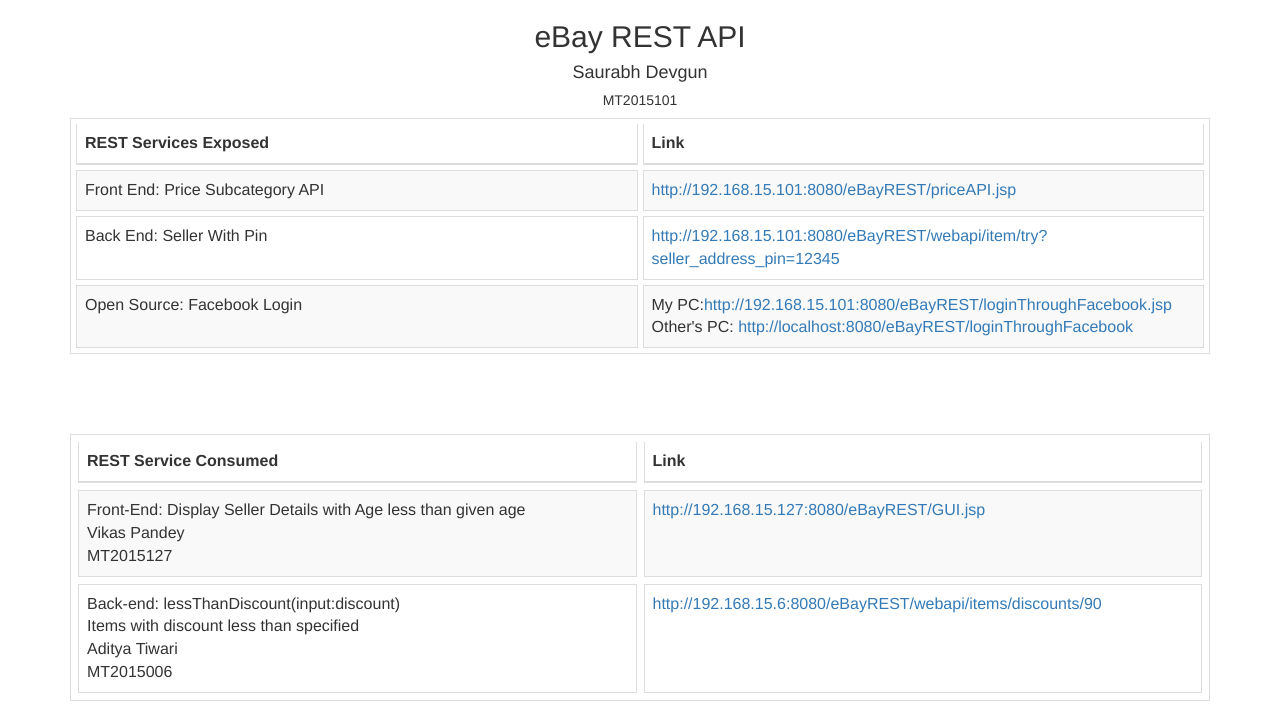
Repository: saurabh-devgun-iiitb/RESTProject
Page: http://localhost/eBayREST/
The author's editor kept a copy of each file at every save. The page is drawn from the files as they stood at one save, then again after the next save.
The browser window is 1280 px wide. The pictures show the whole page.
The page is served by Tomcat 9. Other server files are loaded and not shown.

Above is the page before, as saved 2016-07-28 13:38:50.

### eBayREST/WebContent/index.jsp
<html>
<head>
  <meta name="viewport" content="width=device-width, initial-scale=1">
  <link rel="stylesheet" href="http://maxcdn.bootstrapcdn.com/bootstrap/3.3.6/css/bootstrap.min.css">
  <script src="https://ajax.googleapis.com/ajax/libs/jquery/1.12.4/jquery.min.js"></script>
  <script src="http://maxcdn.bootstrapcdn.com/bootstrap/3.3.6/js/bootstrap.min.js"></script>
  <style>
  	table{
  		border-spacing:7px;
  		border-collapse:separate;
  		table-layout:fixed;
  		width:300px;
  	}
  </style>
</head>
<body>
	<div align="center">
	    <h2>eBay REST API</h2>
	    <h4>Saurabh Devgun</h4>
	    <h5>MT2015101</h5>
    </div>
    <div class = "container">
    <table class="table table-hover table-striped table-bordered" style="border-spacing:5px">
      <thead>
        <tr>
          <th>REST Services Exposed</th>
          <th>Link</th>
        </tr>
      </thead>
      <tbody>
        <tr>
          <td>Front End: Price Subcategory API</td>
          <td><a href="priceAPI.jsp">http://192.168.15.101:8080/eBayREST/priceAPI.jsp</a></td>
        </tr>
        <tr>
          <td>Back End: Seller With Pin</td>
          <td><a href="sellerWithPin.jsp">http://192.168.15.101:8080/eBayREST/webapi/item/try?seller_address_pin=12345</a></td>
        </tr>
        <tr>
          <td>Open Source: Facebook Login</td>
          <td>My PC:<a href="loginThroughFacebook.jsp">http://192.168.15.101:8080/eBayREST/loginThroughFacebook.jsp</a>
				<br>Other's PC: <a href="loginThroughFacebookWithMoreControl.jsp">http://localhost:8080/eBayREST/loginThroughFacebook</a>
          </td>
        </tr>
      </tbody>
    </table>
    </div>
    <br><br><br>
    <div class="container">
    	<table class="table table-hover table-striped table-bordered">
      <thead>
        <tr>
          <th>REST Service Consumed</th>
          <th>Link</th>
        </tr>
      </thead>
      <tbody>
        <tr>
          <td>Front-End: Display Seller Details with Age less than given age<br>Vikas Pandey<br>MT2015127</td>
          <td><a href="http://192.168.15.127:8080/eBayREST/GUI.jsp">http://192.168.15.127:8080/eBayREST/GUI.jsp</a></td>
        </tr>
        <tr>
          <td>Back-end: lessThanDiscount(input:discount)<br>Items with discount less than specified<br>Aditya Tiwari<br>MT2015006</td>
          <td><a href="http://192.168.15.6:8080/eBayREST/itemDiscount.jsp">http://192.168.15.6:8080/eBayREST/webapi/items/discounts/90</a></td>
        </tr>
      </tbody>
    </table>
    </div>
    <!--
    <p><a href="priceAPI.jsp">Price API</a></p>
    <p><a href="loginThroughFacebook.jsp">Login through Facebook</a></p>
    <p><a href="sellerWithPin.jsp">Get Sellers In City with pin</a></p>
    -->
</body>
</html>

After the next save:
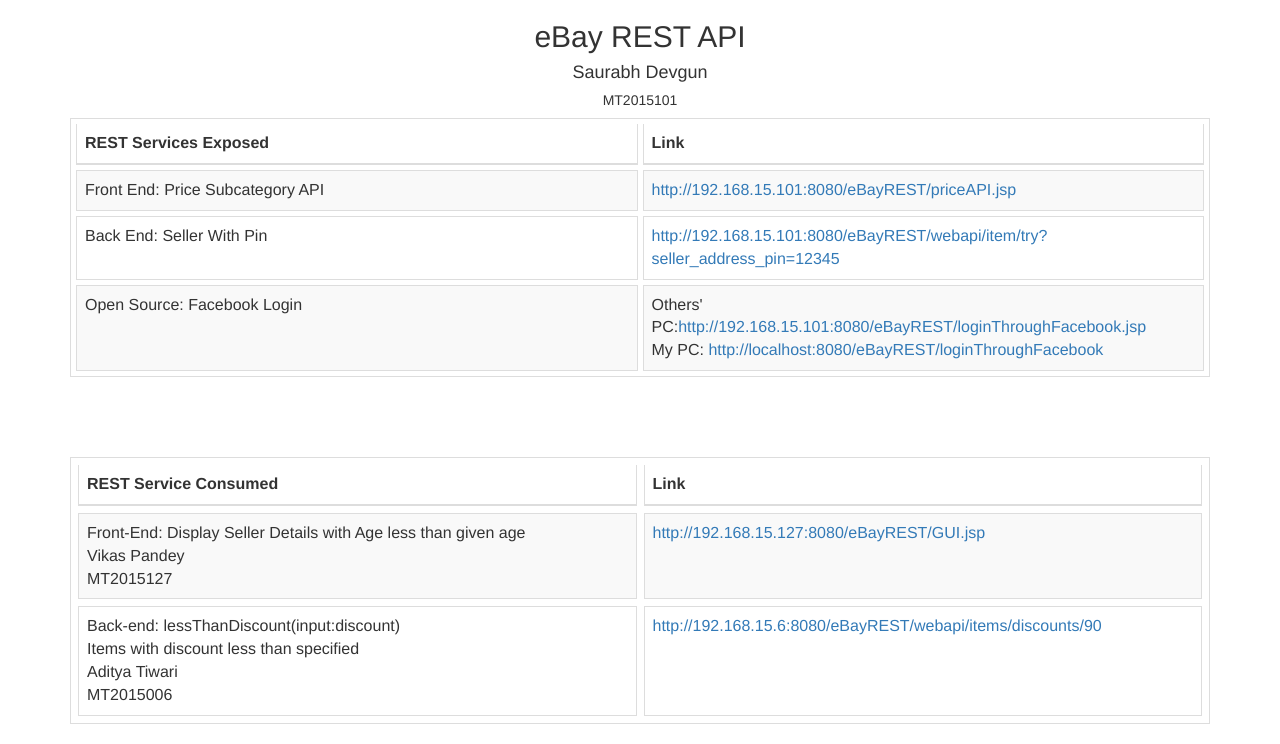
Saved 99 s later.
--- a/eBayREST/WebContent/index.jsp
+++ b/eBayREST/WebContent/index.jsp
@@ -38,8 +38,8 @@
         </tr>
         <tr>
           <td>Open Source: Facebook Login</td>
-          <td>My PC:<a href="loginThroughFacebook.jsp">http://192.168.15.101:8080/eBayREST/loginThroughFacebook.jsp</a>
-				<br>Other's PC: <a href="loginThroughFacebookWithMoreControl.jsp">http://localhost:8080/eBayREST/loginThroughFacebook</a>
+          <td>Others' PC:<a href="loginThroughFacebook.jsp">http://192.168.15.101:8080/eBayREST/loginThroughFacebook.jsp</a>
+				<br>My PC: <a href="loginThroughFacebookWithMoreControl.jsp">http://localhost:8080/eBayREST/loginThroughFacebook</a>
           </td>
         </tr>
       </tbody>
